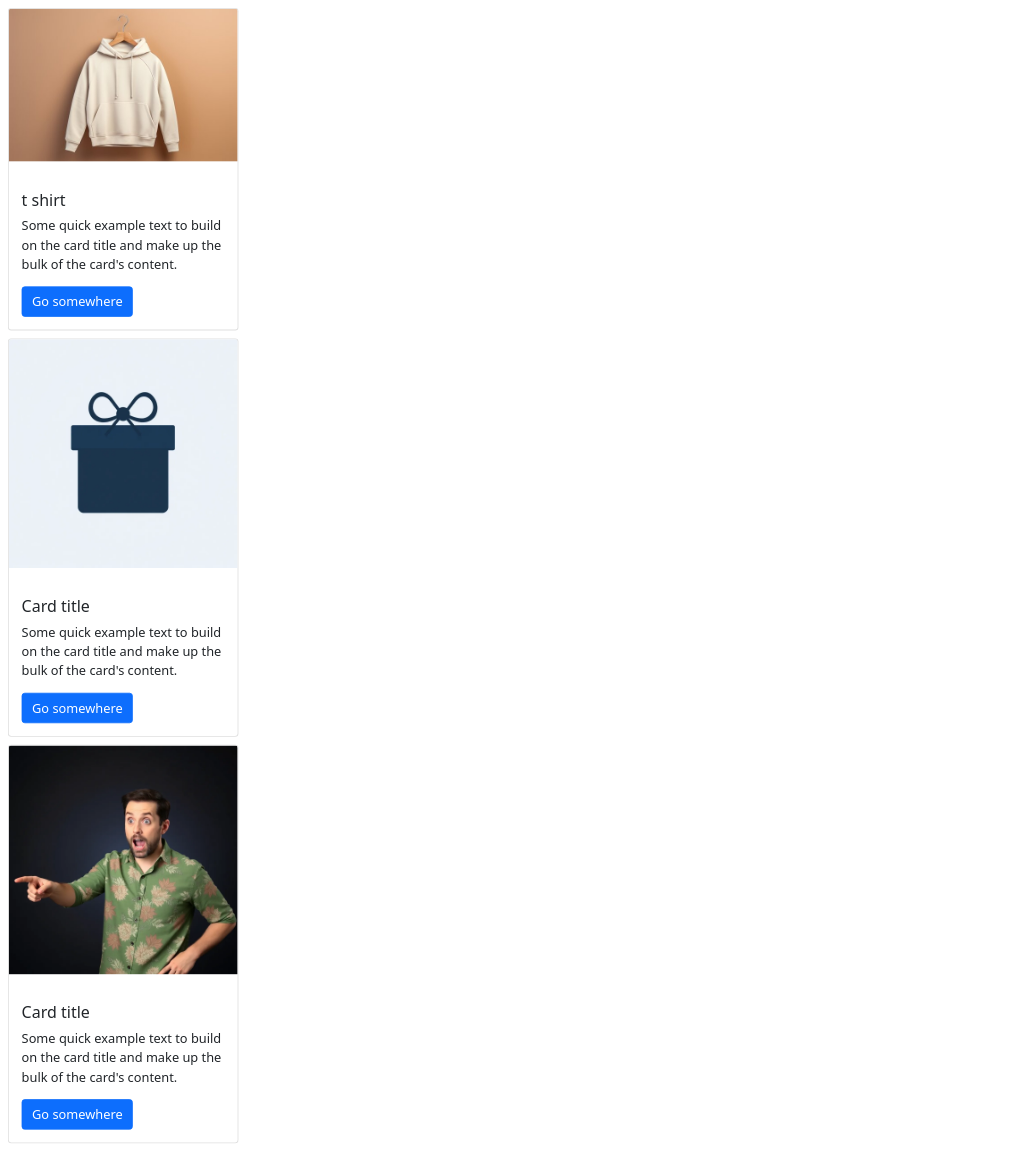
Repository: avishahir4812-crypto/Web-Development-Assignment
Page: session 8/task 1.html
The author's editor kept a copy of each file at every save. The page is drawn from the files as they stood at one save, then again after the next save.
The browser window is 1280 px wide. The pictures show the whole page, at 80% of full size.

Above is the page before, as saved 2026-06-30 11:11:33.

### session 8/task 1.html
<!doctype html>
<html lang="en">
  <head>
    <meta charset="utf-8">
    <meta name="viewport" content="width=device-width, initial-scale=1">
    <link href="https://cdn.jsdelivr.net/npm/bootstrap@5.1.3/dist/css/bootstrap.min.css" rel="stylesheet" integrity="sha384-1BmE4kWBq78iYhFldvKuhfTAU6auU8tT94WrHftjDbrCEXSU1oBoqyl2QvZ6jIW3" crossorigin="anonymous">

    <title>Hello, world!</title>
    <style>
        .card{
            margin: 10px;
            gap: 20px;

        }
    </style>
  </head>
  <body>
<div class="cardg">
<div class="card" style="width: 18rem;">
  <img src="/images/123.jpg" class="card-img-top" alt="...">
  <div class="card-body">
    <h5 class="card-title">t shirt</h5>
    <p class="card-text">Some quick example text to build on the card title and make up the bulk of the card's content.</p>
    <a href="#" class="btn btn-primary">Go somewhere</a>
  </div>
</div>
<div class="card" style="width: 18rem;">
  <img src="/images/6a106cb6-2eec-456b-c11d-5975b6f744ff.jpg" class="card-img-top" alt="...">
  <div class="card-body">
    <h5 class="card-title">Card title</h5>
    <p class="card-text">Some quick example text to build on the card title and make up the bulk of the card's content.</p>
    <a href="#" class="btn btn-primary">Go somewhere</a>
  </div>
</div>
<div class="card" style="width: 18rem;">
  <img src="/images/9ad2327a-1a00-4f53-453a-76efe225b2e3.jpg" class="card-img-top" alt="...">
  <div class="card-body">
    <h5 class="card-title">Card title</h5>
    <p class="card-text">Some quick example text to build on the card title and make up the bulk of the card's content.</p>
    <a href="#" class="btn btn-primary">Go somewhere</a>
  </div>
</div>
</div>
    <!-- Option 1: Bootstrap Bundle with Popper -->
    <script src="https://cdn.jsdelivr.net/npm/bootstrap@5.1.3/dist/js/bootstrap.bundle.min.js" integrity="sha384-ka7Sk0Gln4gmtz2MlQnikT1wXgYsOg+OMhuP+IlRH9sENBO0LRn5q+8nbTov4+1p" crossorigin="anonymous"></script>

    <!-- Option 2: Separate Popper and Bootstrap JS -->
    <!--
    <script src="https://cdn.jsdelivr.net/npm/@popperjs/core@2.10.2/dist/umd/popper.min.js" integrity="sha384-7+zCNj/IqJ95wo16oMtfsKbZ9ccEh31eOz1HGyDuCQ6wgnyJNSYdrPa03rtR1zdB" crossorigin="anonymous"></script>
    <script src="https://cdn.jsdelivr.net/npm/bootstrap@5.1.3/dist/js/bootstrap.min.js" integrity="sha384-QJHtvGhmr9XOIpI6YVutG+2QOK9T+ZnN4kzFN1RtK3zEFEIsxhlmWl5/YESvpZ13" crossorigin="anonymous"></script>
    -->
  </body>
</html>

After the next save:
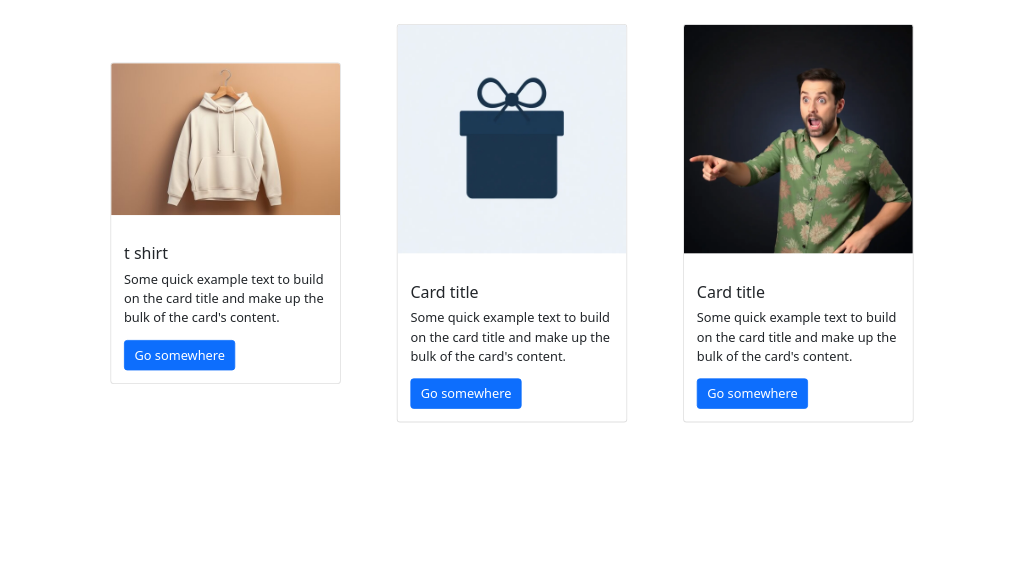
Saved 48 s later.
--- a/session 8/task 1.html
+++ b/session 8/task 1.html
@@ -11,6 +11,15 @@
             margin: 10px;
             gap: 20px;
 
+        }
+        .cardg{
+          display: flex;
+          justify-content: center;
+          align-items: center;
+          margin: auto;
+          padding: 20px;
+          gap: 50px;
+          flex-direction: row;
         }
     </style>
   </head>
